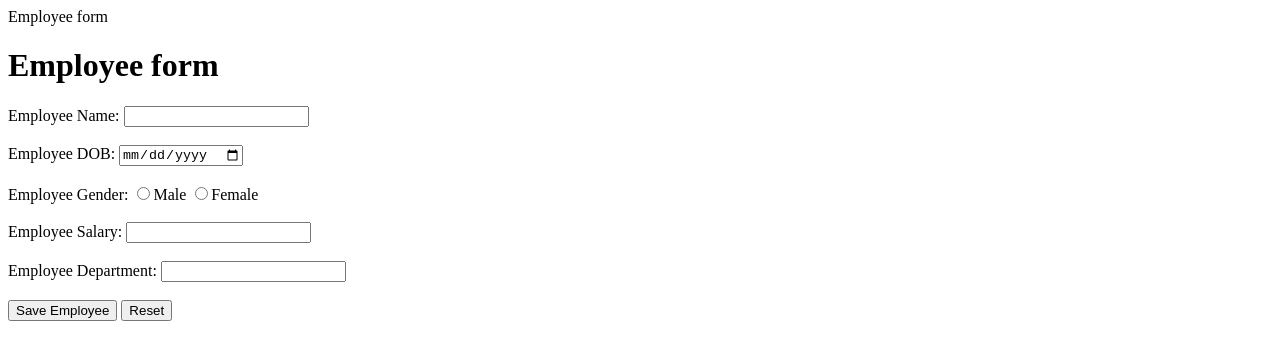
Repository: satwikadivi/Software-examples
Page: http://localhost/add-employee
An editor plug-in stored every save of this project. The page is shown before and after the next save, followed by the edit.
The browser window is 1280 px wide. The pictures show the whole page.
The page is this project's Thymeleaf template; nobody is signed in. The template is opened directly, without the code that normally fills it, so the values that code supplies are empty.

Above is the page before, as saved 2024-12-22 07:25:56.

### SpringBootMvcProject-2/src/main/resources/templates/add-employee.html
<html>
	<head>
		<titl>Employee form</titl>
	</head>
	<body>
		<h1>Employee form</h1>
		<form th:action="@{/saveemployee}" method="post">
			<label for="empName">Employee Name:</label>
			<input type="text" id="empName" name="empName" required><br><br>

			<label for="empDOB">Employee DOB:</label>
			<input type="date" id="empDOB" name="empDOB" required><br><br>

			<label for="gender">Employee Gender:</label>
			<input type="radio" id="gender" name="gender" value="Male" required>Male
			<input type="radio" id="gender" name="gender" value="Female"required>Female
			<br><br>

			<label for="empSalary">Employee Salary:</label>
			<input type="number" id="empSalary" name="empSalary" required><br><br>

			<label for="department">Employee Department:</label>
			<input type="text" id="department" name="department" required><br><br>

			<button type="submit">Save Employee</button>
			<button type="reset">Reset</button>

		</form>
	</body>
</html>

After the next save:
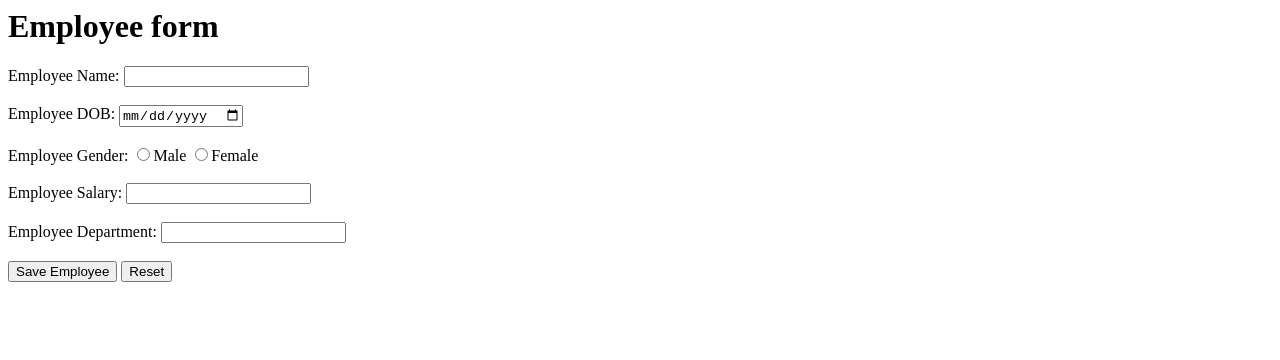
Saved 13 s later.
--- a/SpringBootMvcProject-2/src/main/resources/templates/add-employee.html
+++ b/SpringBootMvcProject-2/src/main/resources/templates/add-employee.html
@@ -1,6 +1,6 @@
 <html>
 	<head>
-		<titl>Employee form</titl>
+		<title>Employee form</title>
 	</head>
 	<body>
 		<h1>Employee form</h1>
